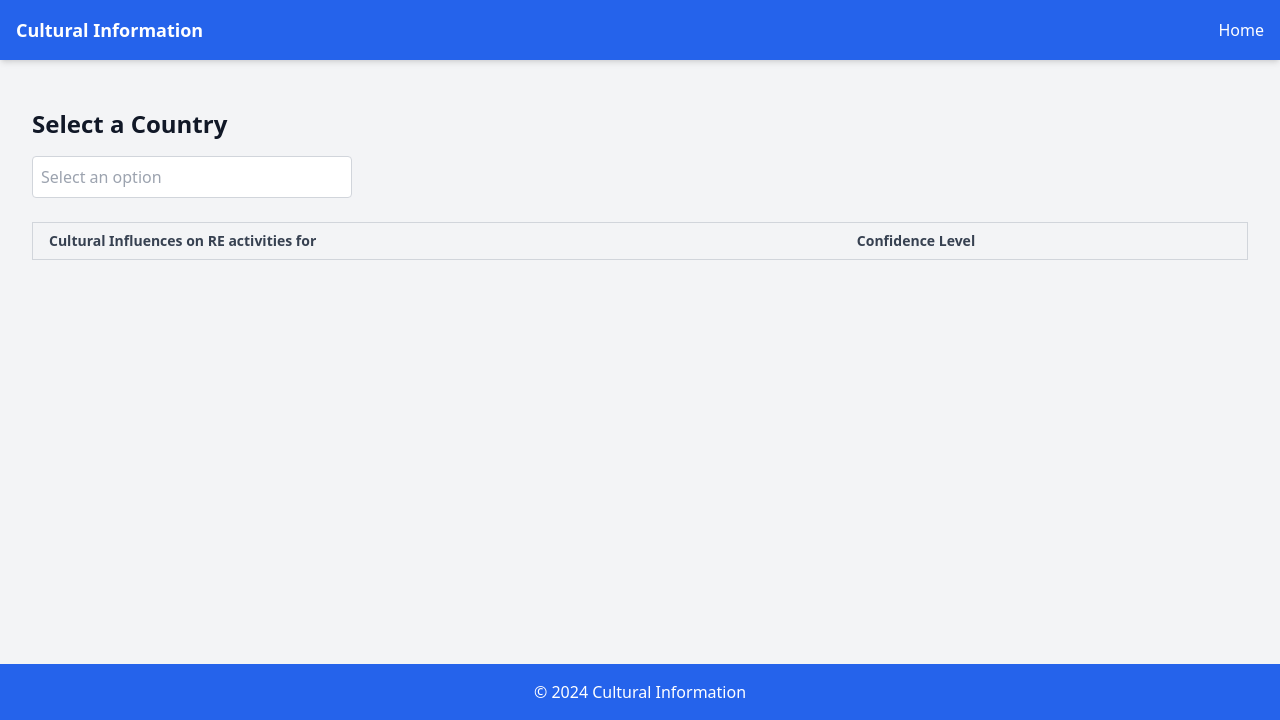
Repository: SmanSayeed/culture
Page: /
The author's editor kept a copy of each file at every save. The page is drawn from the files as they stood at one save, then again after a run of saves.
The browser window is 1280 px wide. The pictures show the whole page.
The project was rebuilt for these pictures with package versions that can differ from the ones it lists, and the page was loaded fresh each time. The framework's server and built-in components were replaced by stand-ins that run in the browser. Also part of the build but not shown: next.config.ts, vite.config.ts.

Above is the page before, as saved 2024-10-30 15:40:26.

After the next 2 saves:
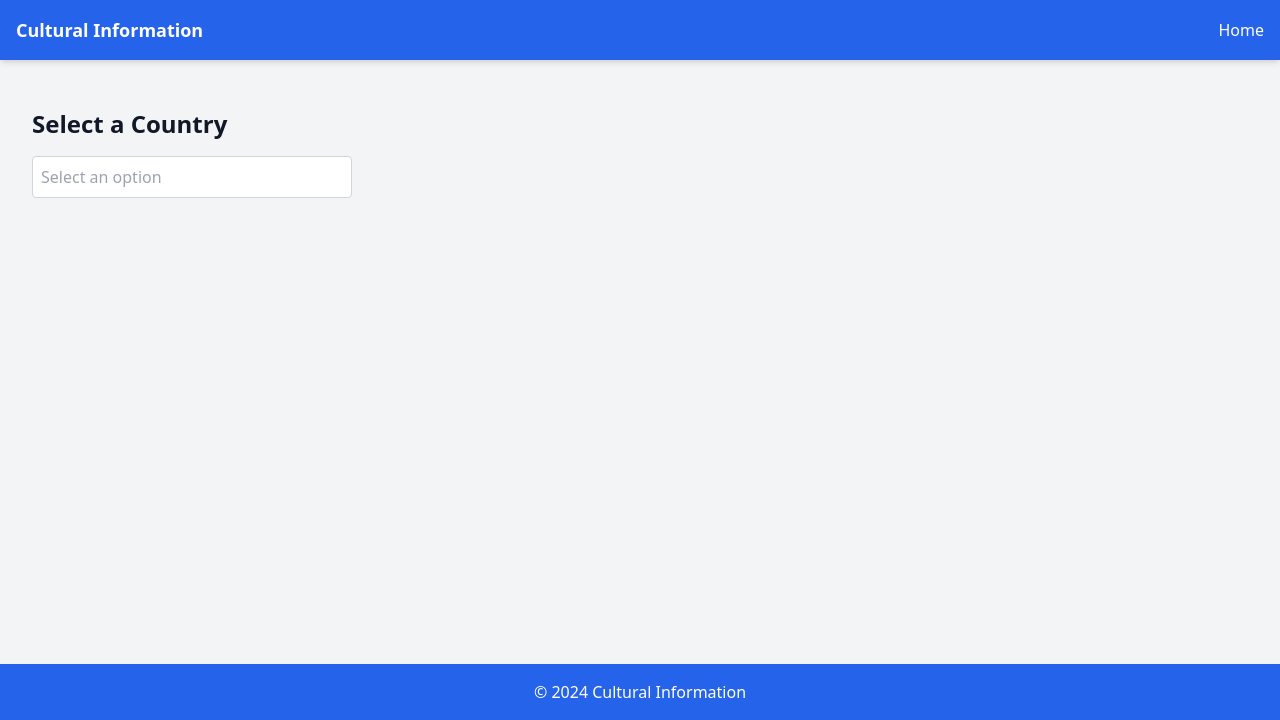
The 2 saves are shown as one change because they came seconds apart.
The last was saved 7 s later.
--- a/src/components/Home/Home.tsx
+++ b/src/components/Home/Home.tsx
@@ -39,10 +39,10 @@ const Home: React.FC<Props> = () => {
         <div className="mt-6">
             {
                 culturesInfo.length > 0
-                ? <h1 className="text-2xl mb-4 font-bold">Cultural Influences on RE activities for {countryName}</h1>
+                ? (<h1 className="text-2xl mb-4 font-bold">Cultural Influences on RE activities for {countryName}</h1>)
                 : null
             }
-          <Table data={culturesInfo} country={countryName} />
+
         </div>
       </div>
     </>
